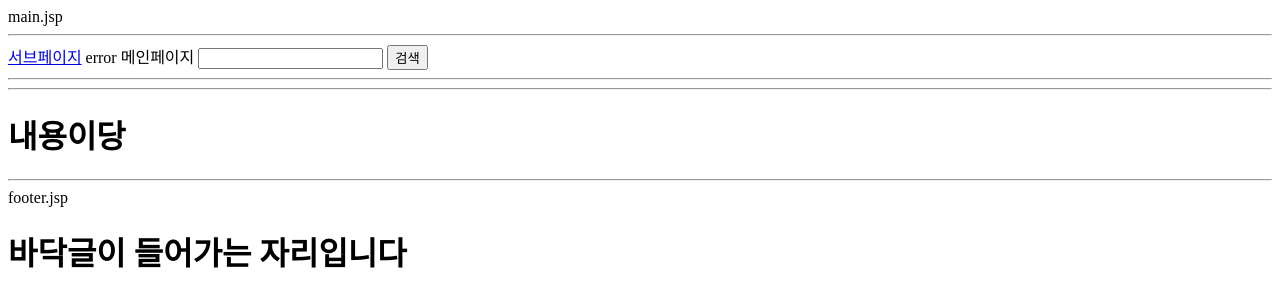
Repository: ryu1917/jsp
Page: http://localhost/jsp02/main.jsp
These files come from the project's save history. The page is drawn as it stood at one moment and after the next save; the edit follows.
The browser window is 1280 px wide. The pictures show the whole page.
The page is served by Tomcat 9.

Above is the page before, as saved 2021-04-21 08:20:48.

After the next save:
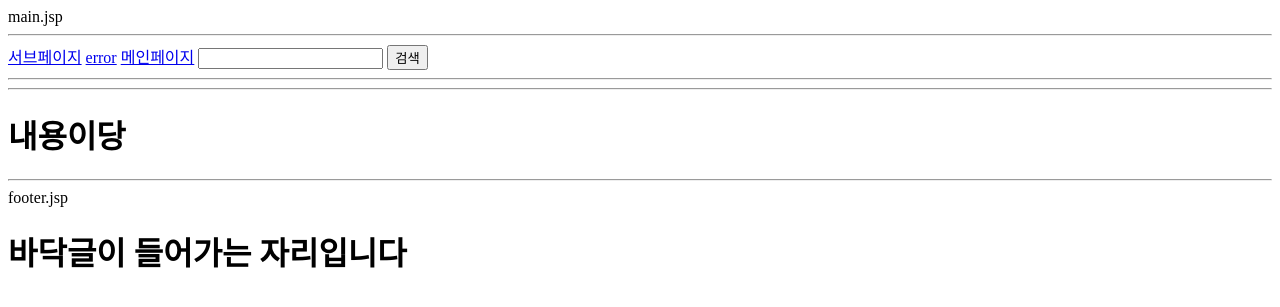
Saved 25 s later.
--- a/workspace/jsp02/src/main/webapp/main.jsp
+++ b/workspace/jsp02/src/main/webapp/main.jsp
@@ -9,8 +9,8 @@
 </head>
 <body>main.jsp<br><hr>
 <a href="sub.jsp">서브페이지</a>
-<ahref="error/error.jsp">error</a>
-<a>메인페이지</a>
+<a href="error/error.jsp">error</a>
+<a href="main.jsp">메인페이지</a>
 <input type="text">
 <button>검색</button>
 <hr>
